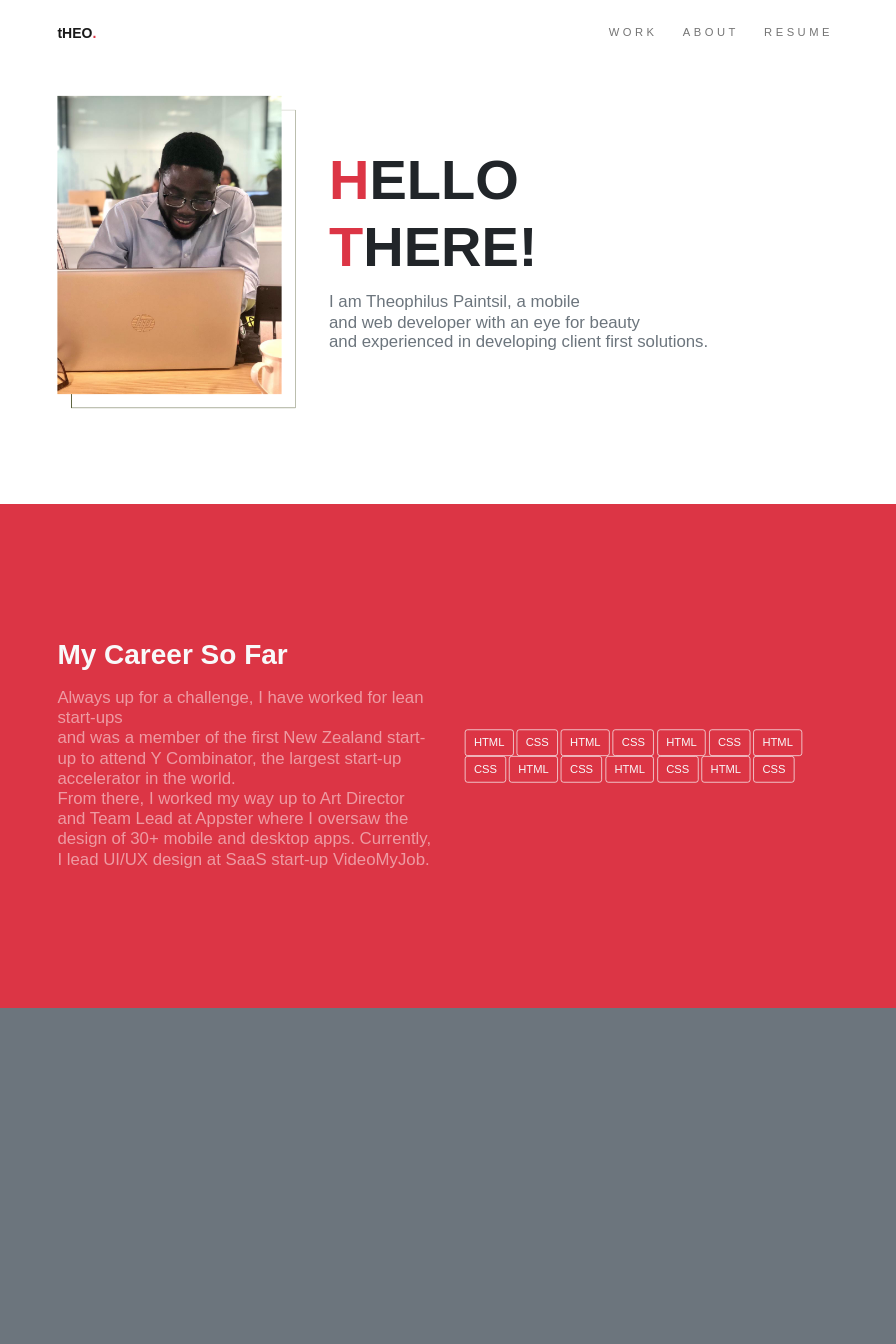
Repository: tHEO2k17/portfolio
Page: /
These files come from the project's save history. The page is drawn as it stood at one moment and after the next save; the edit follows.
The browser window is 1280 px wide. The pictures show the part of the page from y = 0 to 1920 px (the page is 3000 px tall), at 70% of full size.
The project was rebuilt for these pictures with package versions that can differ from the ones it lists, and the page was loaded fresh each time.

Above is the page before, as saved 2021-07-22 10:42:50.

### public/index.html
<!DOCTYPE html>
<html lang="en">
  <head>
    <meta charset="utf-8" />
    <link rel="icon" href="%PUBLIC_URL%/favicon.ico" />
    <meta name="viewport" content="width=device-width, initial-scale=1" />
    <meta name="theme-color" content="#000000" />
    <meta
      name="description"
      content="Web site created using create-react-app"
    />
    <link rel="apple-touch-icon" href="%PUBLIC_URL%/logo192.png" />
    <link rel="manifest" href="%PUBLIC_URL%/manifest.json" />
    <title>Theophilus Paintsil - Portfolio</title>
  </head>
  <body>
    <noscript>You need to enable JavaScript to run this app.</noscript>
    <div id="root"></div>
  </body>
</html>

### src/index.tsx
import React from 'react';
import ReactDOM from 'react-dom';
import './index.scss';
import App from './presentation/App';

ReactDOM.render(
  <React.StrictMode>
    <App />
  </React.StrictMode>,
  document.getElementById('root')
);

### src/index.scss
@import '~bootstrap/scss/bootstrap.scss';

body{
    font-family: Arial, Helvetica, sans-serif;
}
// Navbar
.navbar-light .navbar-nav{
    padding: 1.2rem 0rem;
}

.navbar-light .navbar-nav .nav-link {
   letter-spacing: 5px;
//    font-size: 14px;
}

.navbar-light .navbar-nav .nav-link:not(:last-child) {
    margin-right: 20px;
 }

### src/presentation/App.tsx
import React from 'react';
import { Switch, Route, BrowserRouter as Router, } from 'react-router-dom';
import HomePage from './pages/HomePage';

function App() {
  return (
    <Router>
      <Switch>
        <Route exact path="/" component={HomePage} />
      </Switch>
    </Router>
  );
}

export default App;

### src/presentation/pages/HomePage.tsx
import { Col, Container, Nav, Navbar, Row, Image, Button } from "react-bootstrap";

export default function HomePage() {

    const renderExperiences = () => {
        return ['HTML', 'CSS', 'HTML', 'CSS','HTML', 'CSS','HTML', 'CSS','HTML', 'CSS','HTML', 'CSS','HTML', 'CSS'].map((e) => <> <Button variant="outline-light">{e}</Button> {' '} </>);
    }

    return (
        <>
            <Navbar expand="lg" fixed="top" variant="light">
                <Container>
                    <Navbar.Brand href="#home">
                        <span className="fw-bold">tHEO<b className="text-danger">.</b></span>
                    </Navbar.Brand>
                    <Navbar.Toggle />
                    <Navbar.Collapse>
                        <Nav className="ms-auto">
                            <Nav.Link href="#home">WORK</Nav.Link>
                            <Nav.Link href="#home">ABOUT</Nav.Link>
                            <Nav.Link href="#link">RESUME</Nav.Link>
                        </Nav>
                    </Navbar.Collapse>
                </Container>
            </Navbar>

            <header className="min-vh-100">
                <Container>
                    <Row className="align-items-center min-vh-100 my-auto gx-5">
                        <Col md="4"> <Image src="assets/images/theo.png" fluid /> </Col>
                        <Col>
                            <h1 className="display-1 fw-bold">
                                <b className="text-danger">H</b>ELLO <br />
                                <b className="text-danger">T</b>HERE!
                            </h1>
                            <h4 className="fw-light text-muted mt-3">
                                I am Theophilus Paintsil, a mobile <br />
                                and web developer with an eye for beauty <br />
                                and experienced in developing client first solutions.
                            </h4>
                        </Col>
                    </Row>
                </Container>
            </header>

            <section className="bg-danger min-vh-100">
                {/* skills and tools */}
                <Container>
                    <Row className="align-items-center min-vh-100 my-auto gx-5 text-light">
                        <Col>
                            <h1 className="fw-bold">My Career So Far</h1>
                            <h4 className="text-white-50 mt-4">
                                Always up for a challenge, I have worked for lean start-ups<br />
                                and was a member of the first New Zealand start-up to attend Y Combinator,
                                the largest start-up accelerator in the world. <br />
                                From there, I worked my way up to Art Director and Team Lead at Appster where
                                I oversaw the design of 30+ mobile and desktop apps. Currently,
                                I lead UI/UX design at SaaS start-up VideoMyJob.
                            </h4>
                        </Col>
                        <Col>
                            {renderExperiences()}
                        </Col>
                    </Row>
                </Container>
            </section>

            <section className="bg-secondary min-vh-100">
                {/* employment history */}
            </section>

            <section className="bg-light min-vh-100">
                {/* work gallery */}
            </section>

            <footer className="bg-dark text-white">
                <Container className="py-5">
                    <Row>
                        <Col>&copy; {new Date().getFullYear()} Theophilus Paintsil. All rights reserved </Col>
                    </Row>
                </Container>
            </footer>

        </>
    );
}

After the next save:
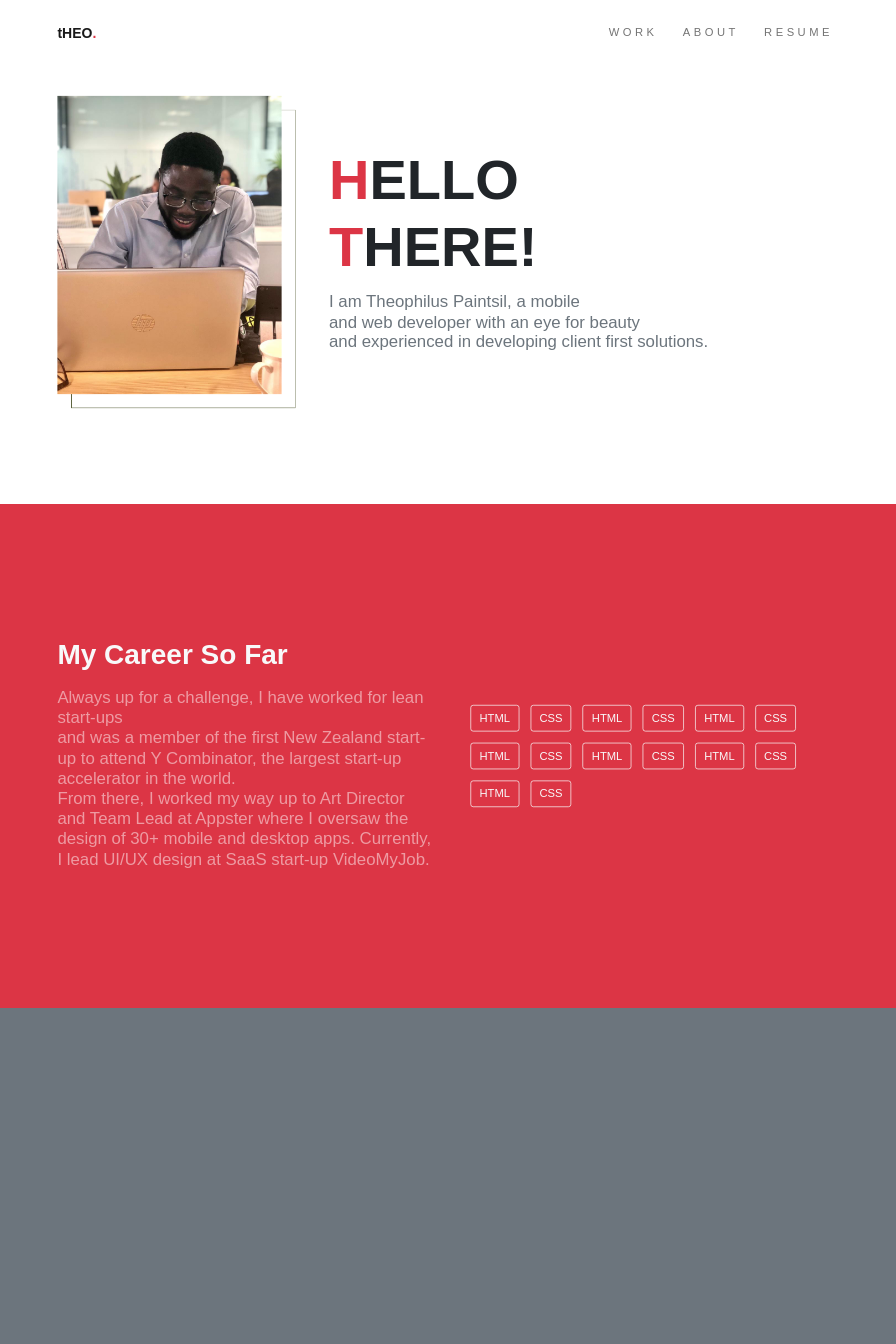
Saved 29 s later.
--- a/src/presentation/pages/HomePage.tsx
+++ b/src/presentation/pages/HomePage.tsx
@@ -3,7 +3,7 @@ import { Col, Container, Nav, Navbar, Row, Image, Button } from "react-bootstrap
 export default function HomePage() {
 
     const renderExperiences = () => {
-        return ['HTML', 'CSS', 'HTML', 'CSS','HTML', 'CSS','HTML', 'CSS','HTML', 'CSS','HTML', 'CSS','HTML', 'CSS'].map((e) => <> <Button variant="outline-light">{e}</Button> {' '} </>);
+        return ['HTML', 'CSS', 'HTML', 'CSS','HTML', 'CSS','HTML', 'CSS','HTML', 'CSS','HTML', 'CSS','HTML', 'CSS'].map((e) => <Button variant="outline-light" className="m-2">{e}</Button> );
     }
 
     return (
